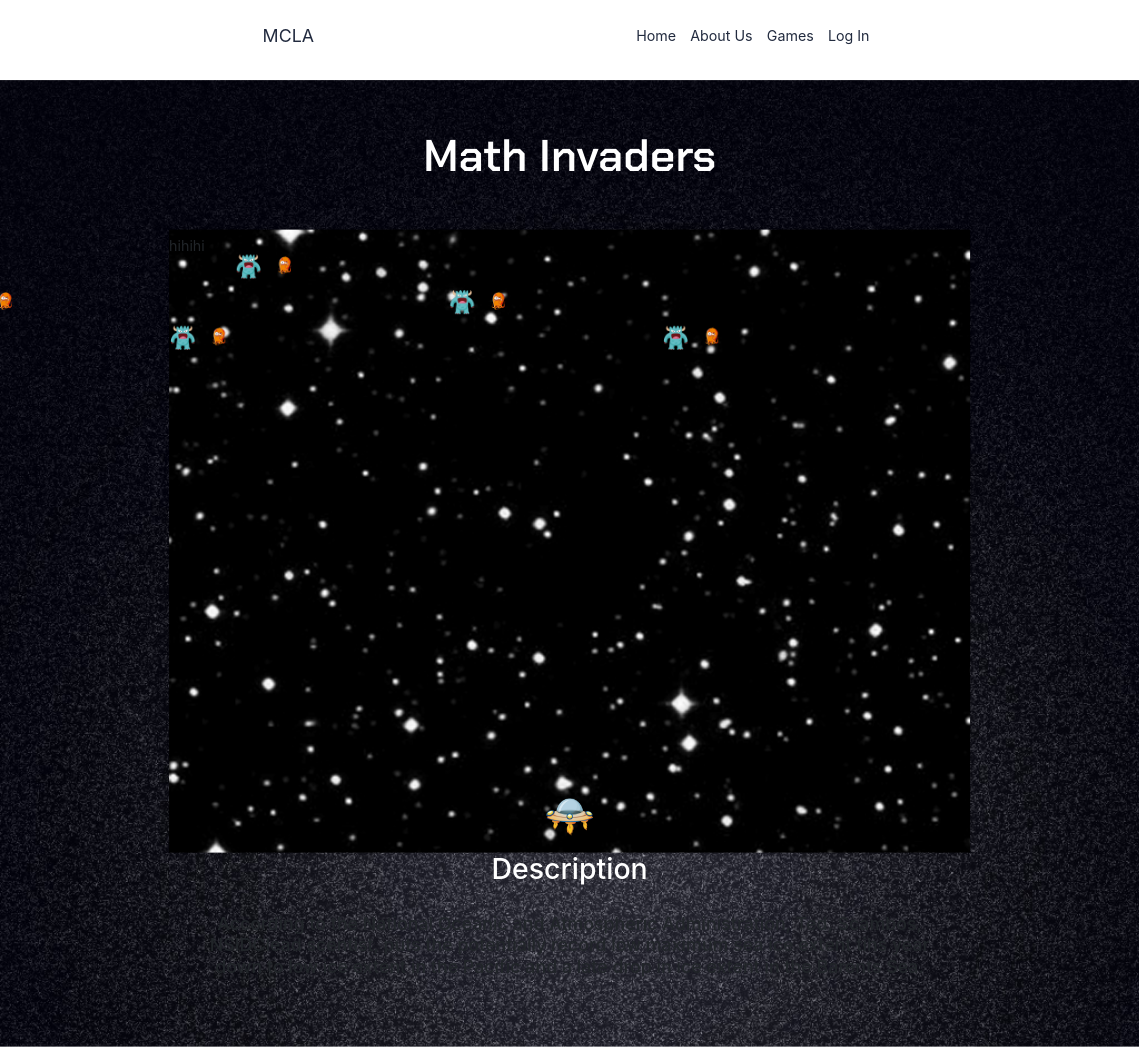
Repository: kkyler24/MathInvader
Page: index.html
The author's editor kept a copy of each file at every save. The page is drawn from the files as they stood at one save, then again after the next save.
The browser window is 1280 px wide. The pictures show the whole page, at 89% of full size.
Some web libraries are served in a nearby version.

Above is the page before, as saved 2020-07-20 15:34:50.

After the next save:
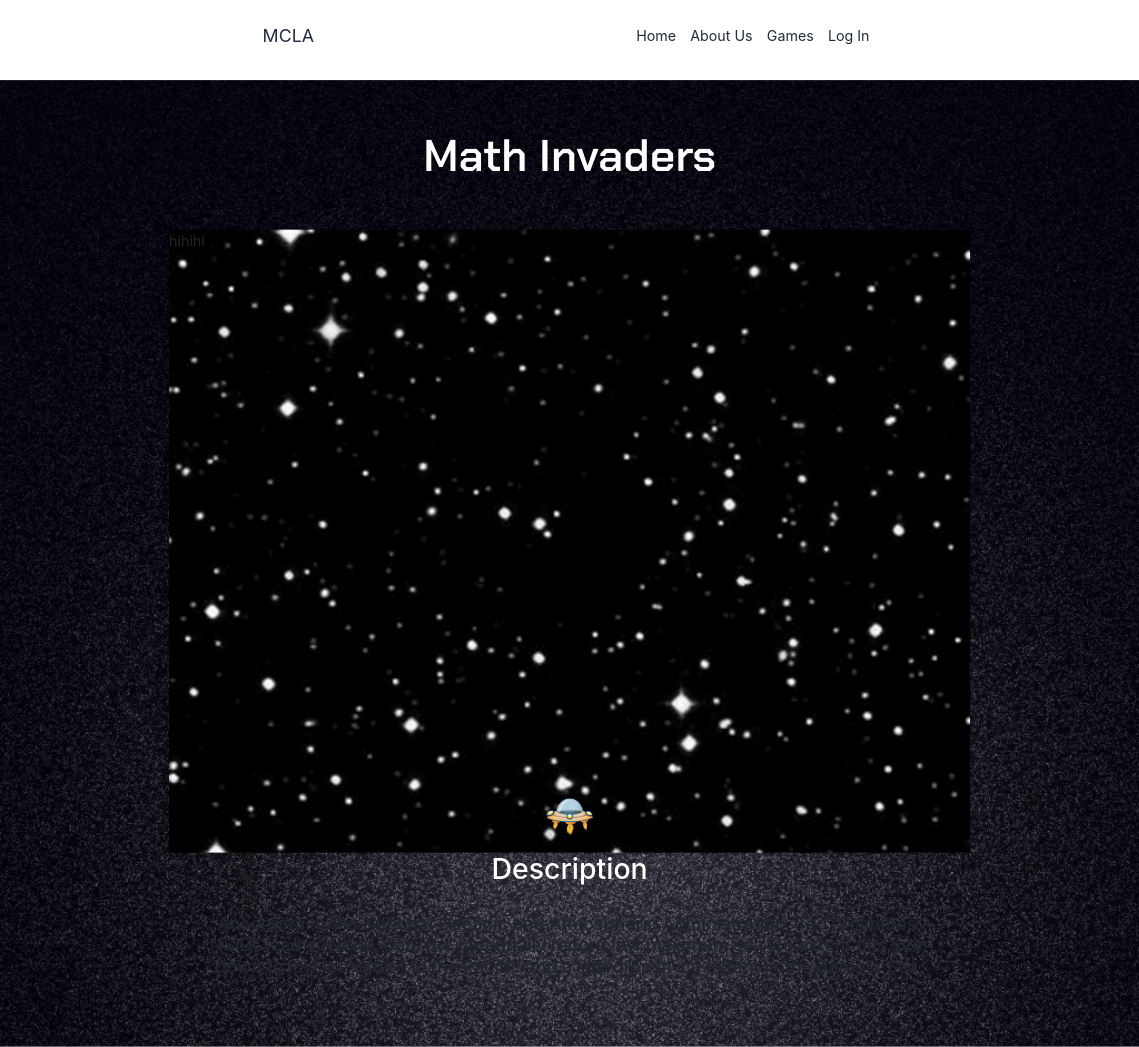
Console error: ReferenceError: i is not defined
Saved 8 min 31 s later.
--- a/jsFolder/game.js
+++ b/jsFolder/game.js
@@ -289,13 +289,13 @@
   const enemySpacing =
     (GAME_WIDTH - ENEMY_HORIZONTAL_PADDING * 90) / ENEMIES_PER_ROW - 0.5;
   for (let j = 0; j < 3; j++) {
-    const y = ENEMY_VERTICAL_PADDING + j * ENEMY_VERTICAL_SPACING;
-    for (let i = 0; i < ENEMIES_PER_ROW; i++) {
-      const x = i * enemySpacing + ENEMY_HORIZONTAL_PADDING;
-      createEnemy($container, x, y);
-    }
-  }
-}
+    // const y = ENEMY_VERTICAL_PADDING + j * ENEMY_VERTICAL_SPACING;
+    // for (let i = 0; i < ENEMIES_PER_ROW; i++) {
+    const x = i * enemySpacing + ENEMY_HORIZONTAL_PADDING;
+    createEnemy($container, x, y);
+  }
+}
+// }
 
 function update(e) {
   const currentTime = Date.now();

After the save that followed:
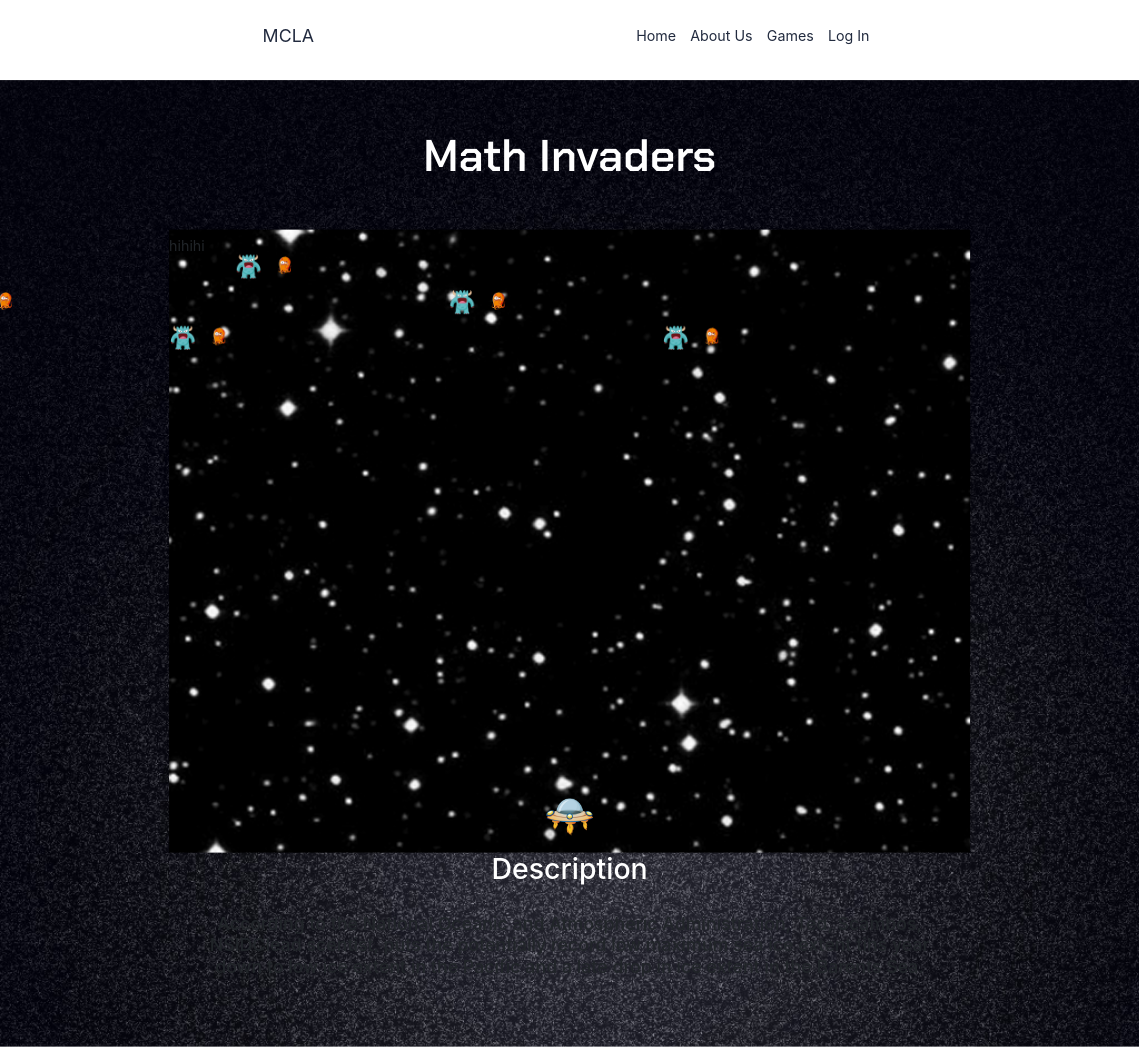
The error is gone.
Saved 17 s later.
--- a/jsFolder/game.js
+++ b/jsFolder/game.js
@@ -289,13 +289,13 @@
   const enemySpacing =
     (GAME_WIDTH - ENEMY_HORIZONTAL_PADDING * 90) / ENEMIES_PER_ROW - 0.5;
   for (let j = 0; j < 3; j++) {
-    // const y = ENEMY_VERTICAL_PADDING + j * ENEMY_VERTICAL_SPACING;
-    // for (let i = 0; i < ENEMIES_PER_ROW; i++) {
-    const x = i * enemySpacing + ENEMY_HORIZONTAL_PADDING;
-    createEnemy($container, x, y);
-  }
-}
-// }
+    const y = ENEMY_VERTICAL_PADDING + j * ENEMY_VERTICAL_SPACING;
+    for (let i = 0; i < ENEMIES_PER_ROW; i++) {
+      const x = i * enemySpacing + ENEMY_HORIZONTAL_PADDING;
+      createEnemy($container, x, y);
+    }
+  }
+}
 
 function update(e) {
   const currentTime = Date.now();
